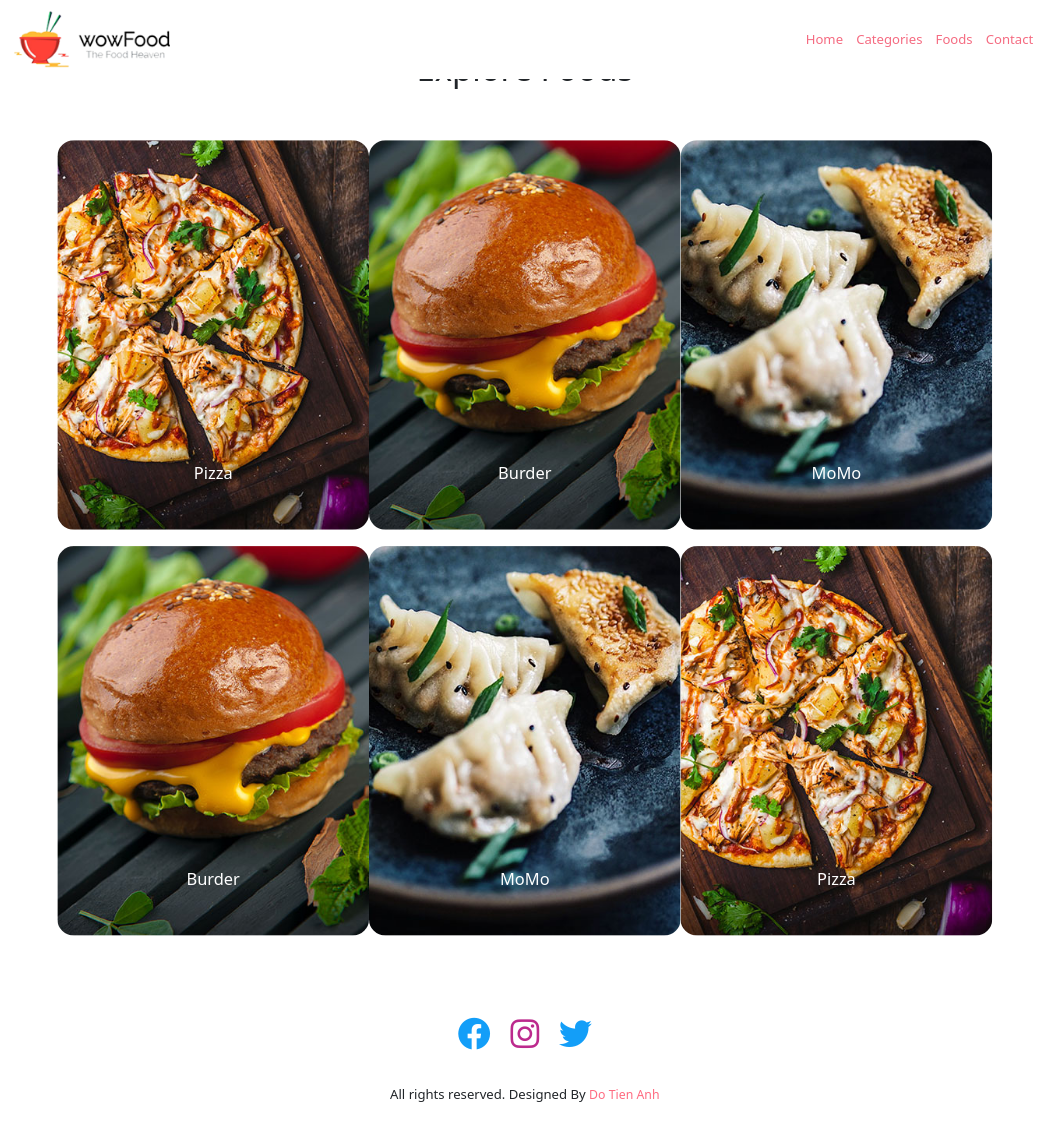
Repository: ruaruababa/RestaurantBS5
Page: http://localhost/html/categories.php
An editor plug-in stored every save of this project. The page is shown before and after the next save, followed by the edit.
The browser window is 1280 px wide. The pictures show the whole page, at 82% of full size.
The page is run by PHP 8.4 with error messages shown; the project is at /var/www/html/.

Above is the page before, as saved 2021-09-26 21:41:55.

### html/categories.php
<!DOCTYPE html>
<html lang="en">

<head>
    <meta charset="UTF-8">
    <meta http-equiv="X-UA-Compatible" content="IE=edge">
    <meta name="viewport" content="width=device-width, initial-scale=1.0">

    <title>Categories</title>
    <link href="https://cdn.jsdelivr.net/npm/bootstrap@5.1.1/dist/css/bootstrap.min.css" rel="stylesheet"
        integrity="sha384-F3w7mX95PdgyTmZZMECAngseQB83DfGTowi0iMjiWaeVhAn4FJkqJByhZMI3AhiU" crossorigin="anonymous" />
    <link rel="stylesheet" href="https://cdn.jsdelivr.net/npm/bootstrap-icons@1.5.0/font/bootstrap-icons.css" />
    <link rel="stylesheet" href="https://cdnjs.cloudflare.com/ajax/libs/font-awesome/6.0.0-beta2/css/all.min.css"
        integrity="sha512-YWzhKL2whUzgiheMoBFwW8CKV4qpHQAEuvilg9FAn5VJUDwKZZxkJNuGM4XkWuk94WCrrwslk8yWNGmY1EduTA=="
        crossorigin="anonymous" referrerpolicy="no-referrer" />
    <link rel="stylesheet" href="/restaurantbs5/css/style.css" />
</head>

<body>
    <nav class="navbar navbar-expand-lg navbar-light bg-light nav-fixed">
        <div class="container-fluid">
            <a class="navbar-brand" href="#">
                <img src="/restaurantbs5/img/logo.png" alt="" />
            </a>
            <button class="navbar-toggler" type="button" data-bs-toggle="collapse"
                data-bs-target="#navbarSupportedContent" aria-controls="navbarSupportedContent" aria-expanded="false"
                aria-label="Toggle navigation">
                <span class="navbar-toggler-icon"></span>
            </button>
            <div class="collapse navbar-collapse" id="navbarSupportedContent">
                <ul class="navbar-nav">
                    <li class="nav-item">
                        <a class="nav-link active nav-link-fixed" aria-current="page" href="/html/index.php">Home</a>
                    </li>
                    <li class="nav-item">
                        <a class="nav-link active nav-link-fixed" aria-current="page" href="/html/categories.php">Categories</a>
                    </li>
                    <li class="nav-item">
                        <a class="nav-link active nav-link-fixed" aria-current="page" href="/html/foods.php">Foods</a>
                    </li>
                    <li class="nav-item">
                        <a class="nav-link active nav-link-fixed" aria-current="page" href="#">Contact</a>
                    </li>
                </ul>
            </div>
        </div>
    </nav>

    <div class="slider" style="posision: relative!important; top: 80px">
        <!-- CATEGORIES -->
        <div class="slider__explorefoods">
            <h3 class="slider__heading">Explore Foods</h3>
            <div class="container">
                <div class="row hover-blur">
                    <!-- row1 -->
                    <div class=" col-lg-4 col-md-6 col-6 hover-blur-item">
                        <div class="slider__images-title">
                            <img src="/restaurantbs5/img/pizza.jpg" alt="" class="slider__img">
                            <h4 class="slider__img-text">Pizza</h4>
                        </div>
                    </div>
                    <div class=" col-lg-4 col-md-6 col-6 hover-blur-item">
                        <div class="slider__images-title">
                            <img src="/restaurantbs5/img/burger.jpg" alt="" class="slider__img">
                            <h4 class="slider__img-text">Burder</h4>
                        </div>
                    </div>
                    <div class=" col-lg-4 col-md-6 col-6 hover-blur-item">
                        <div class="slider__images-title">
                            <img src="/restaurantbs5/img/momo.jpg" alt="" class="slider__img">
                            <h4 class="slider__img-text">MoMo</h4>
                        </div>
                    </div>

                    <!-- row2 -->
                    <div class=" col-lg-4 col-md-6 col-6 hover-blur-item">
                        <div class="slider__images-title">
                            <img src="/restaurantbs5/img/burger.jpg" alt="" class="slider__img">
                            <h4 class="slider__img-text">Burder</h4>
                        </div>
                    </div>
                    <div class=" col-lg-4 col-md-6 col-6 hover-blur-item">
                        <div class="slider__images-title">
                            <img src="/restaurantbs5/img/momo.jpg" alt="" class="slider__img">
                            <h4 class="slider__img-text">MoMo</h4>
                        </div>
                    </div>
                    <div class="col-lg-4 col-md-6 col-6 hover-blur-item">
                        <div class="slider__images-title">
                            <img src="/restaurantbs5/img/pizza.jpg" alt="" class="slider__img">
                            <h4 class="slider__img-text">Pizza</h4>
                        </div>
                    </div>
                </div>
            </div>
        </div>

        <!-- ----------------------------------------------------------------------------- -->

    </div>
    <!-- FOOTER -->
    <div class="footer">
        <div class="footer__item">
            <a href="https://vi-vn.facebook.com/">
                <i class="footer__item-icon fab fa-facebook"></i>
            </a>
            <a href="">
                <i class="footer__item-icon2 fab fa-instagram"></i>
            </a>
            <a href="">
                <i class="footer__item-icon fab fa-twitter"></i>
            </a>

        </div>
        <div class="footer__text">
            <span>
                All rights reserved. Designed By&nbsp

            </span>

            <span class="footer__name-dev"> Do Tien Anh</span>

        </div>
    </div>
    <script src="https://cdn.jsdelivr.net/npm/bootstrap@5.1.1/dist/js/bootstrap.bundle.min.js"
        integrity="sha384-/bQdsTh/da6pkI1MST/rWKFNjaCP5gBSY4sEBT38Q/9RBh9AH40zEOg7Hlq2THRZ" crossorigin="anonymous">
    </script>
</body>

</html>

### css/style.css
body {
    overflow-x: hidden;
}

.nav-fixed {
    background-color: white !important;
    position: fixed;
    width: 100%;
    z-index: 1;
    top: 0;
}

.navbar-collapse {
    justify-content: end;
}

.nav-link-fixed {
    text-align: center;
    color: #f56b81 !important;
}

.border {
    border: none !important;
}

.border-radius {
    border-radius: 10px;
}

.card-body-fixed {
    margin-top: -70px;
    font-size: 24px;
    color: white;
}

/* Fixed Section */

.slider__explorefoods {
    margin-bottom: 100px;
}

.slider__heading {
    text-align: center;
    font-size: 40px;
    padding-top: 60px;
    padding-bottom: 35px;
}

.slider__images-title {
    position: relative;
}

.slider__img {
    width: 100%;
    margin-top: 20px;
    border-radius: 20px;
    cursor: pointer;
}

.slider__img-text {
    position: absolute;
    text-align: center;
    bottom: 10%;
    left: 0;
    right: 0;
    color: while;
    color: white;
    font-size: 20px;
}


/*-- end categogies-- */


/* food-menu */

.slider__foodmenu-bcl {
    background-color: rgb(228, 228, 228);
}

.slider__foodmenu-block {
    display: flex;
    background-color: white;
    border-radius: 10px;
    padding: 20px 0 20px 10px;
    margin: 10px 0;
}

.menu_img {
    padding: 10px;
    padding-left: 20px;
}

.foodmenu-img {
    width: 100%;
    border-radius: 10px;
}

.slider__foodmenu-right {
    margin: 0 10px;
    padding: 10px;
}

.slider__foodmenu-title {
    margin: 5px 0;
}

.slider__foodmenu-price {
    margin-bottom: 5px;
}

.slider__foodmenu-text {
    margin: 5px 0;
    line-height: 1.2rem;
}

.slider__foodmenu-btn {
    margin: 5px 0;
    width: 100px;
    height: 25px;
    background-color: #ff6b81;
    outline: none;
    border: none;
    color: white;
    border-radius: 3px;
    cursor: pointer;
}

.slider__foodmenu-btn:hover {
    background-color: #e294a0;
}

.slider__foodmenu-footer {
    padding: 40px 0;
    text-align: center;
    color: #ff6b81;
}


/* ---End Food-menu-- */



/* ----FOOTER------- */

.footer {
    margin-top: 20px;
}

.footer__item {
    text-align: center;
}

.footer__item a {
    text-decoration: none;
}

.footer__item-icon {
    font-size: 40px;
    margin: 0 20px;
    color: #139ef8;
}

.footer__item-icon2 {
    font-size: 40px;
    color: #bc2a8d;
}

.footer__text {
    display: flex;
    align-items: center;
    justify-content: center;
    margin: 40px 0;
}

.footer__text h3 {
    font-weight: 500;
    font-size: 15px;
}

.footer__name-dev {
    text-decoration: none;
    font-weight: 500;
    font-size: 15px;
    color: #ff6b81;
}



/* order */

.slider__order {
    background-color: #47b4d1;
    width: 100%;
    height: auto;
    padding: 100px 0 150px 0;
}

.slider__order-heading {
    font-size: 40px;
    padding-top: 50px;
    padding-bottom: 35px;
    text-align: center;
    color: #fff;
}

.order {
    max-width: 600px;
    margin: 0 auto;
}

.slider__order-selected {
    border: 1px solid #fff;
    border-radius: 5px;
}

.selected-heading {
    margin-left: 20px;
    font-size: 20px;
    transform: translateY(-14px);
}

.selected__left {
    padding-left: 30px;
    padding-top: 8px;
}

.selected-img {
    width: 100%;
    border-radius: 20px;
}

.selected__right {
    display: flex;
    flex-direction: column;
    padding: 0 30px 30px;
}

.selected__right-title {
    font-size: 25px;
}

.selected__right-price {
    font-size: 15px;
    padding-top: 5px;
}

.selected__right-quantity {
    font-size: 15px;
    padding: 5px 0;
}

.quantity-input {
    padding: 5px;
    outline: none;
    border: none;
    border-radius: 3px;
    width: 100%;
}

.slider__order-delivery {
    border: 1px solid #fff;
    margin-top: 50px;
    padding: 10px 30px 30px 30px;
    border-radius: 5px;
}

.delivery-heading {
    transform: translateY(-24px);
    font-size: 20px;
    display: inline-block;
    background-color: #47b4d1;

}

.deliverydetails {
    display: flex;
    flex-direction: column;
}

.delivery__title {
    padding-bottom: 5px;
}

.delivery-input {
    padding: 5px;
    margin-bottom: 15px;
    outline: none;
    border: none;
    border-radius: 3px;
}

.confirm-btn {
    outline: none;
    background-color: #ff6b81;
    border: none;
    color: #fff;
    padding: 8px 30px;
    border-radius: 3px;
    cursor: pointer;
}

.confirm-btn:hover {
    background-color: #ca7f8a;
}


/* Animation */

li {
    transition: all 0.2s ease 0s;
}

ul:hover li {
    filter: blur(3px);
    opacity: 0.5;
    transform: scale(0.98);
    box-shadow: none;
}

ul:hover li:hover {
    transform: scale(1.1);
    filter: blur(0px);
    opacity: 1;
    box-shadow: 0 8px 20px 0px rgba(0, 0, 0, 0.125);
}

.hover-blur-item {
    transition: all 0.2s ease 0s;
    padding: 0;
}

.hover-blur:hover .hover-blur-item {
    filter: blur(3px);
    opacity: 0.5;
    transform: scale(0.98);
    box-shadow: none;
}

.hover-blur:hover>.hover-blur-item:hover {
    transform: scale(1.1);
    filter: blur(0px);
    opacity: 1;
    box-shadow: 0 8px 20px 0px rgba(0, 0, 0, 0.125);
}

After the next save:
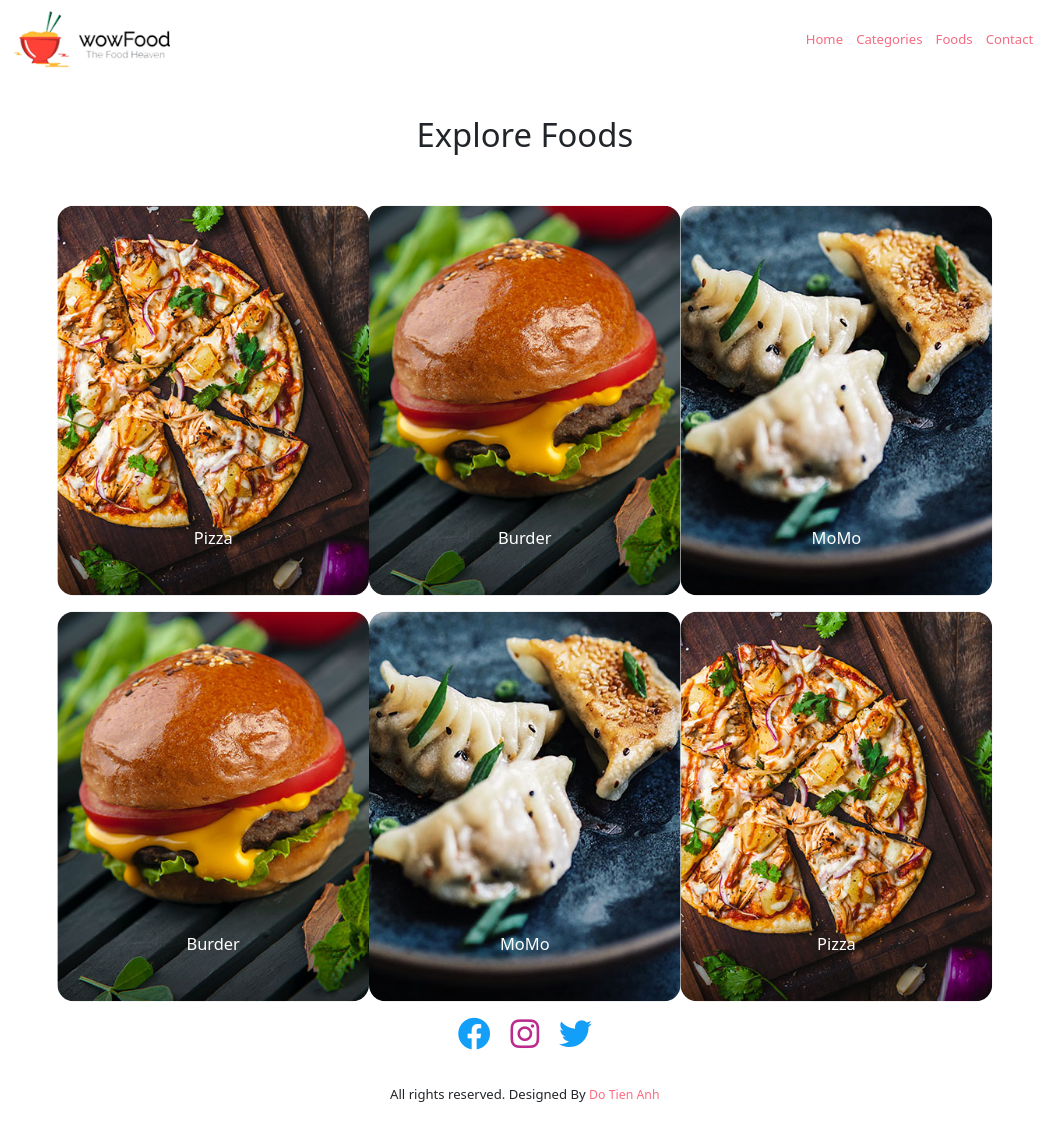
Saved 26 s later.
--- a/html/categories.php
+++ b/html/categories.php
@@ -46,7 +46,7 @@
         </div>
     </nav>
 
-    <div class="slider" style="posision: relative!important; top: 80px">
+    <div class="slider" style="position: relative!important; top: 80px">
         <!-- CATEGORIES -->
         <div class="slider__explorefoods">
             <h3 class="slider__heading">Explore Foods</h3>
